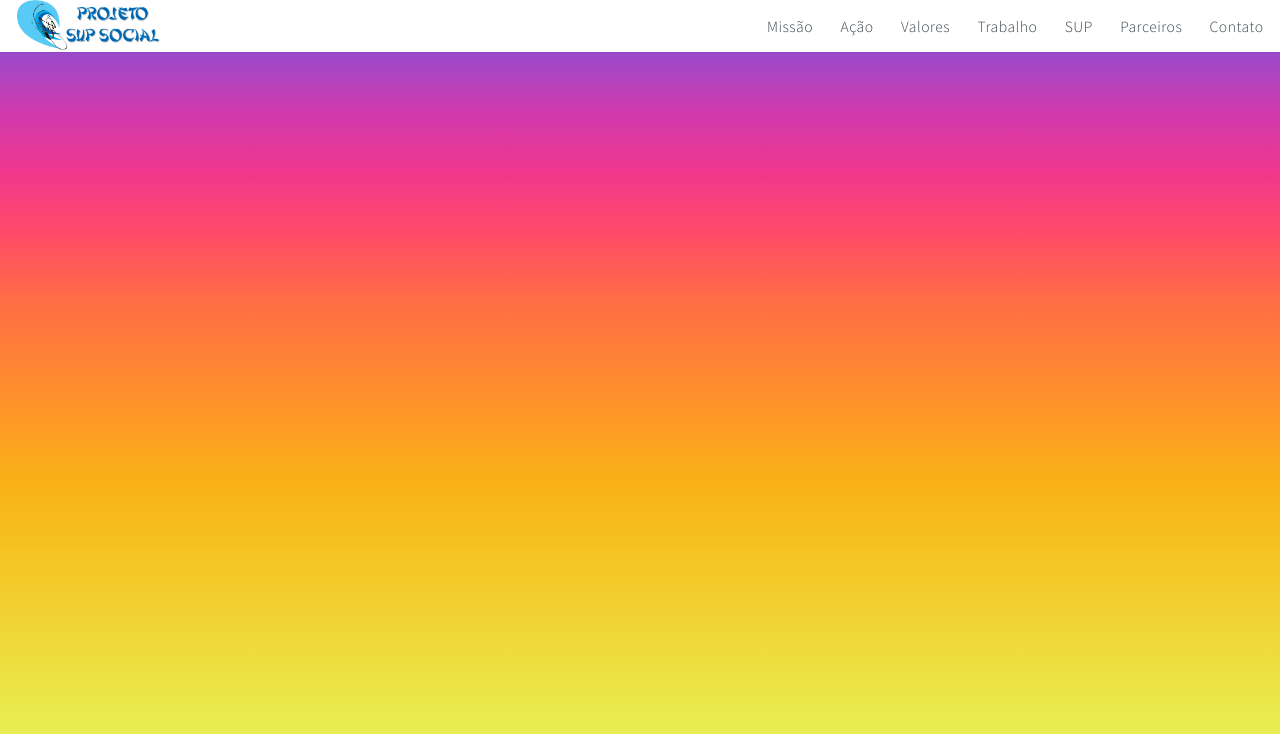
Repository: araguaci/supsocial
Page: index.html
An editor plug-in stored every save of this project. The page is shown before and after the next save, followed by the edit.
The browser window is 1280 px wide. The pictures show the part of the page from y = 0 to 734 px (the page is 5937 px tall).
Pictures or frames that could not be fetched are drawn as grey boxes. A picture or video elsewhere on the page could not be fetched, so the positions and the page height are approximate. Backgrounds fixed to the window are drawn as part of the page.

Above is the page before, as saved 2022-02-17 11:20:03.

After the next save:
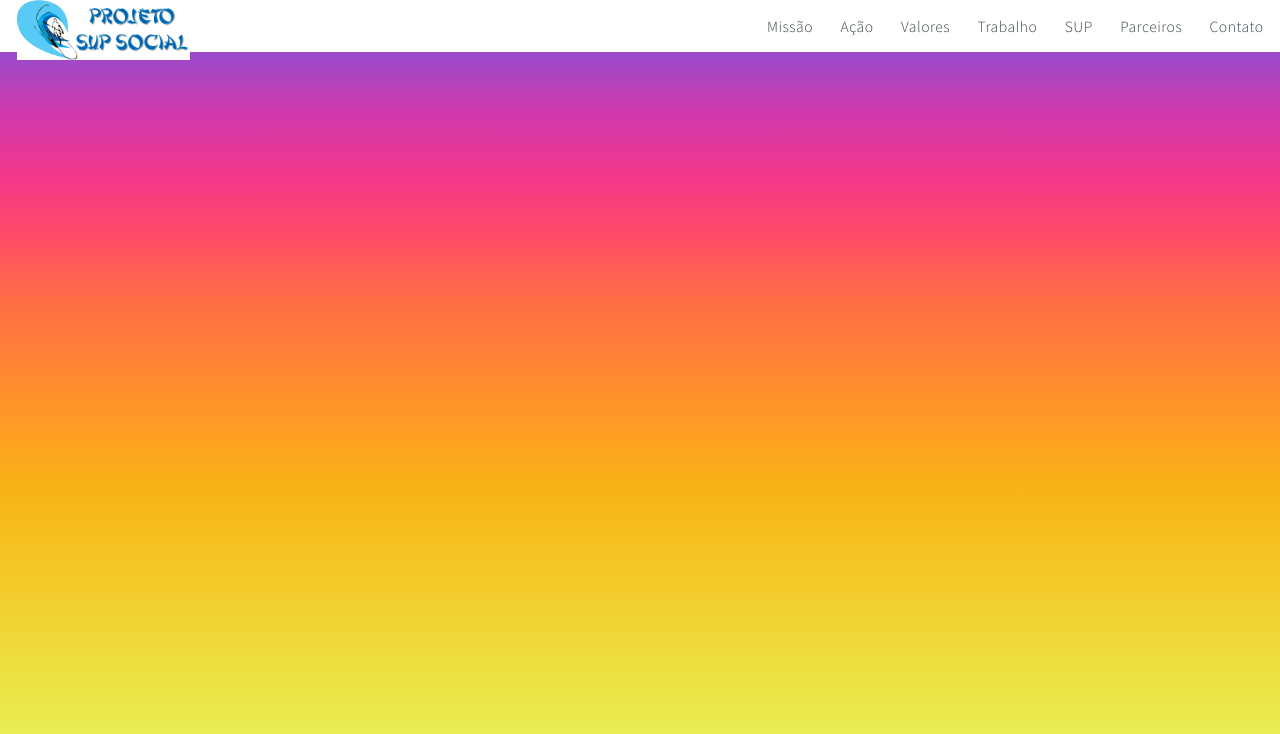
Saved 13 s later.
--- a/index.html
+++ b/index.html
@@ -34,7 +34,7 @@
 		<header id="header">
 
 			<!-- Logo -->
-			<h1 id="logo"><a href="#"><img src="./images/logo.png" height="50"></a></h1>
+			<h1 id="logo"><a href="#"><img src="./images/logo.png" height="60"></a></h1>
 
 			<!-- Nav -->
 			<nav id="nav">
